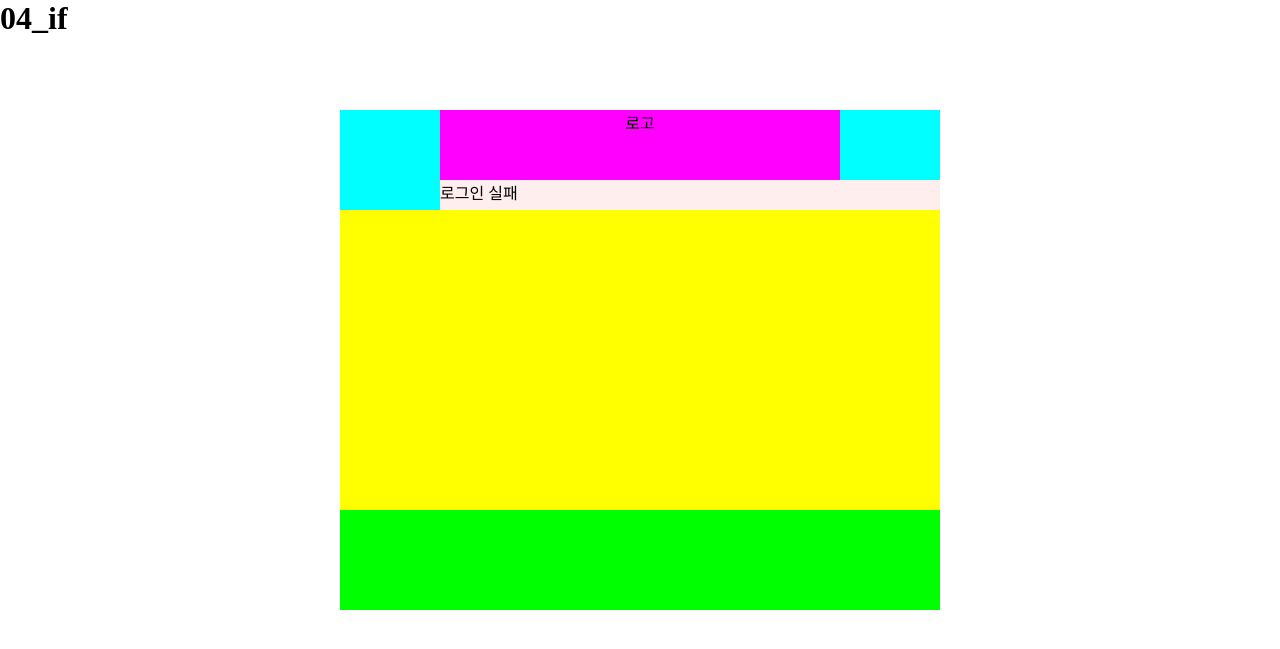
Repository: psun2/Korea-IT-Academy
Page: (back up) _ 오전/study_a/web_work/scriptProj/WebContent/first/04_if.html
These files come from the project's save history. The page is drawn as it stood at one moment and after the next save; the edit follows.
The browser window is 1280 px wide. The pictures show the whole page.

Above is the page before, as saved 2020-07-30 04:37:52.

### (back up) _ 오전/study_a/web_work/scriptProj/WebContent/first/04_if.html
<!DOCTYPE html>
<html>
<head>
<meta charset="UTF-8">
<title>04_if</title>
<style>
html, body{
	width:100%;
	height:100%;
}
*{
	margin:0;
	padding:0;
}
.wrapper{
	/*margin:0 auto;*/
	left: 50%;
	top: 50%;
	margin-left:-300px;
	margin-top:-250px;
	position: absolute;
	width:600px;
	height: 500px;
	background: #f00;
}
header{
	width:100%;
	height: 100px;
	background: #0ff;
}
section{
	width:100%;
	height: 300px;
	background: #ff0;
}
footer{
	width:100%;
	height: 100px;
	background: #0f0;
}
.logo{
	width:400px;
	height:70px;
	background: #f0f;
	margin:0 auto;
	text-align: center;
}
.loginDiv{
	width:500px;
	height:30px;
	background: #fee;
	float:right;

}

</style>
<script>

	var pid = ''
</script>
</head>
<body>
<h1>04_if</h1>
<div class="wrapper">
	<header>
		<div class='logo'>로고</div>
		<div class='loginDiv'>
		<script>
			if(pid) {
				document.write('로그인 성공');
			}else{
				document.write('로그인 실패');
			}
		</script>
		</div>
	</header>
	<section></section>
	<footer></footer>
</div>
</body>
</html>

After the next save:
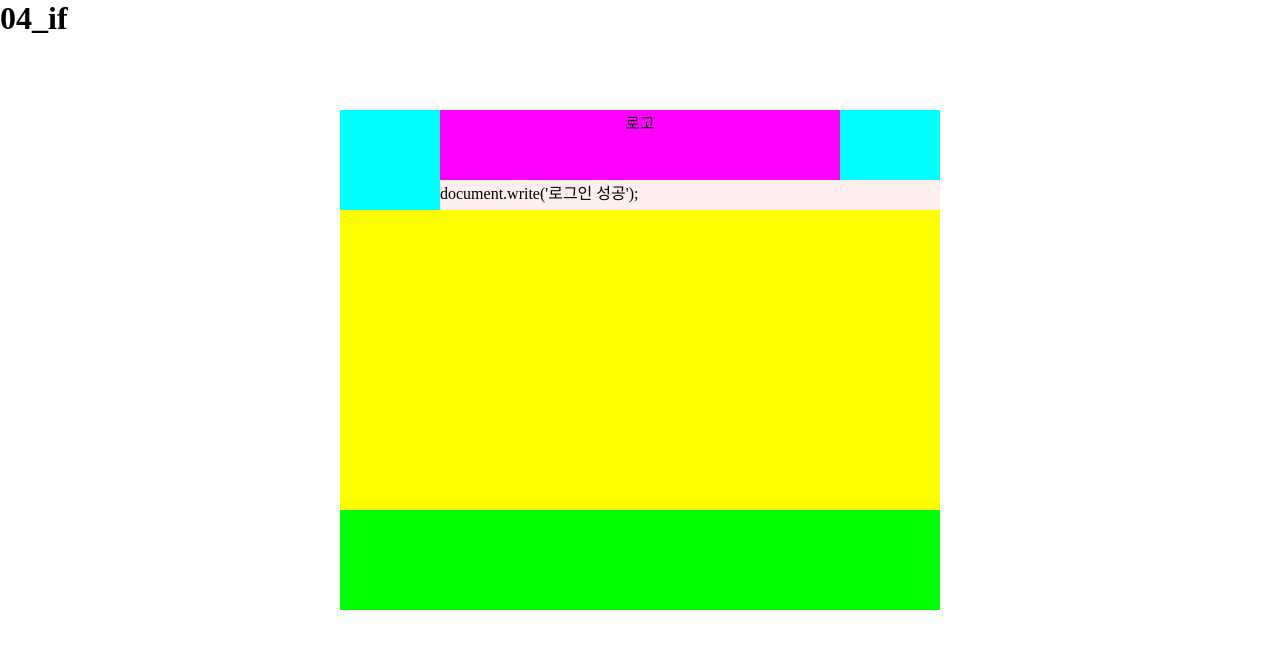
Console error: SyntaxError: Unexpected end of input
Saved 2 min 8 s later.
--- a/(back up) _ 오전/study_a/web_work/scriptProj/WebContent/first/04_if.html
+++ b/(back up) _ 오전/study_a/web_work/scriptProj/WebContent/first/04_if.html
@@ -67,7 +67,9 @@ footer{
 		<div class='loginDiv'>
 		<script>
 			if(pid) {
+		</script>
 				document.write('로그인 성공');
+		<script>
 			}else{
 				document.write('로그인 실패');
 			}
